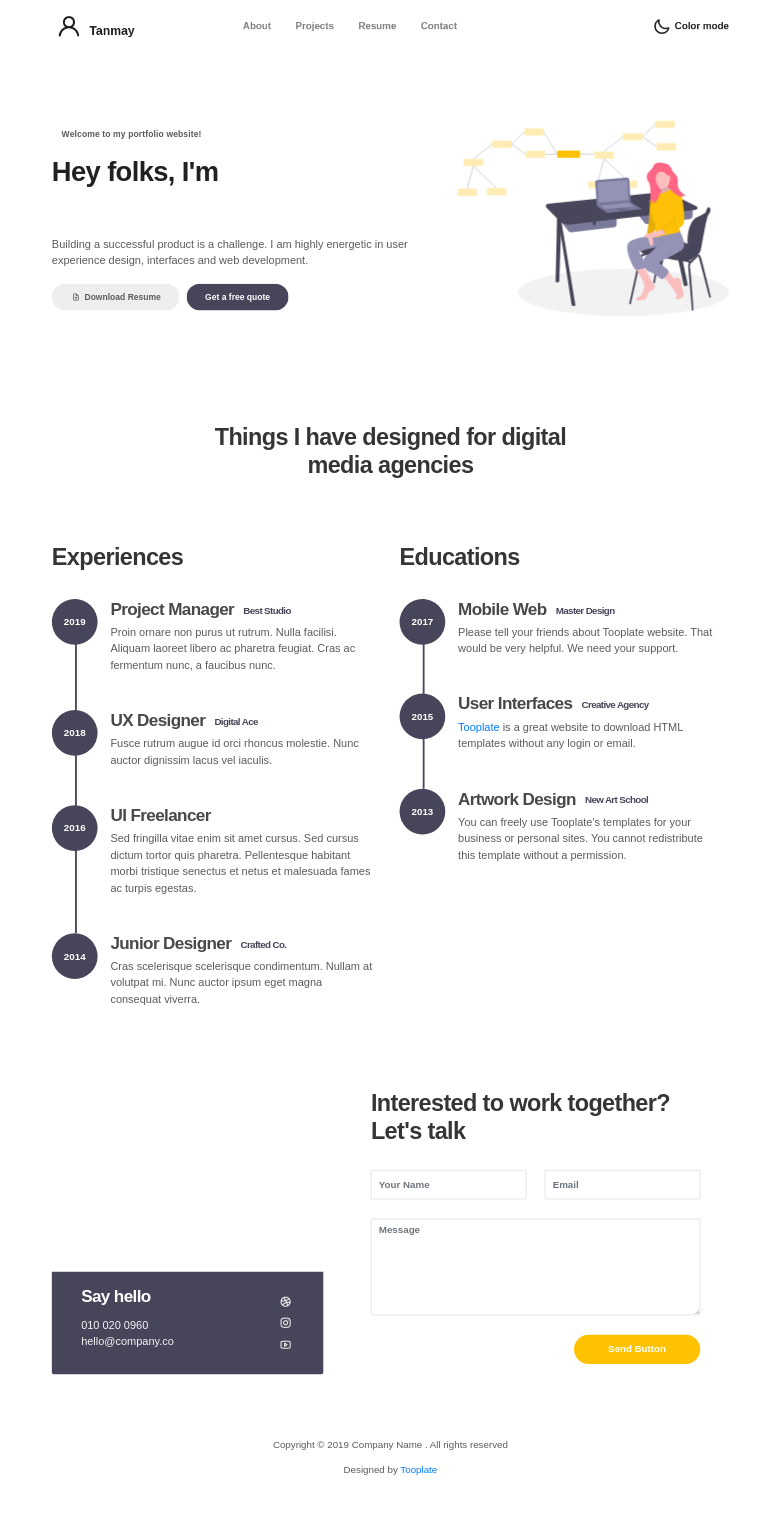
Repository: Tanmay-Kayande/Myportfolio
Page: http://localhost/myproject/
These files come from the project's save history. The page is drawn as it stood at one moment and after the next save; the edit follows.
The browser window is 1280 px wide. The pictures show the whole page, at 61% of full size.
Pictures or frames that could not be fetched are drawn as grey boxes. Some web fonts or font styles are not loaded; a fallback is used. The page is served by Tomcat 9. Other server files are loaded and not shown.

Above is the page before, as saved 2024-01-24 10:12:29.

### myproject/src/main/webapp/index.jsp
<!doctype html>
<%@page import="com.pojo.Projectpojo"%>
<%@page import="java.util.ArrayList"%>
<%@page import="com.dao.ProjectDao"%>
<html lang="en">
<head>
<meta charset="utf-8">
<meta name="viewport"
	content="width=device-width, initial-scale=1, shrink-to-fit=no">
<meta name="description" content="">
<meta name="author" content="">

<title>Tanmay's Portfolio</title>

<link rel="stylesheet" href="css/bootstrap.min.css">
<link rel="stylesheet" href="css/unicons.css">
<link rel="stylesheet" href="css/owl.carousel.min.css">
<link rel="stylesheet" href="css/owl.theme.default.min.css">

<!-- MAIN STYLE -->
<link rel="stylesheet" href="css/tooplate-style.css">


</head>

<%@include file="message.jsp"%>

<body>

	<!-- MENU -->
	<nav class="navbar navbar-expand-sm navbar-light">
		<div class="container">
			<a class="navbar-brand" href="index.html"><i class='uil uil-user'></i>
				Tanmay</a>

			<button class="navbar-toggler" type="button" data-toggle="collapse"
				data-target="#navbarNav" aria-controls="navbarNav"
				aria-expanded="false" aria-label="Toggle navigation">
				<span class="navbar-toggler-icon"></span> <span
					class="navbar-toggler-icon"></span> <span
					class="navbar-toggler-icon"></span>
			</button>

			<div class="collapse navbar-collapse" id="navbarNav">
				<ul class="navbar-nav mx-auto">
					<li class="nav-item"><a href="#about" class="nav-link"><span
							data-hover="About">About</span></a></li>
					<li class="nav-item"><a href="#project" class="nav-link"><span
							data-hover="Projects">Projects</span></a></li>
					<li class="nav-item"><a href="#resume" class="nav-link"><span
							data-hover="Resume">Resume</span></a></li>
					<li class="nav-item"><a href="#contact" class="nav-link"><span
							data-hover="Contact">Contact</span></a></li>
				</ul>

				<ul class="navbar-nav ml-lg-auto">
					<div class="ml-lg-4">
						<div
							class="color-mode d-lg-flex justify-content-center align-items-center">
							<i class="color-mode-icon"></i> Color mode
						</div>
					</div>
				</ul>
			</div>
		</div>
	</nav>

	<!-- ABOUT -->
	<section
		class="about full-screen d-lg-flex justify-content-center align-items-center"
		id="about">
		<div class="container">
			<div class="row">

				<div class="col-lg-7 col-md-12 col-12 d-flex align-items-center">
					<div class="about-text">
						<small class="small-text">Welcome to <span
							class="mobile-block">my portfolio website!</span></small>
						<h1 class="animated animated-text">
							<span class="mr-2">Hey folks, I'm</span>
							<div class="animated-info">
								<span class="animated-item">Tanmay Kayande</span> <span
									class="animated-item">Java Developer</span> <span
									class="animated-item">Fresher</span>
							</div>
						</h1>

						<p>Building a successful product is a challenge. I am highly
							energetic in user experience design, interfaces and web
							development.</p>

						<div class="custom-btn-group mt-4">
							<a href="#" class="btn mr-lg-2 custom-btn"><i
								class='uil uil-file-alt'></i> Download Resume</a> <a href="#contact"
								class="btn custom-btn custom-btn-bg custom-btn-link">Get a
								free quote</a>
						</div>
					</div>
				</div>

				<div class="col-lg-5 col-md-12 col-12">
					<div class="about-image svg">
						<img src="images/undraw/undraw_software_engineer_lvl5.svg"
							class="img-fluid" alt="svg image">
					</div>
				</div>

			</div>
		</div>
	</section>

	<!-- PROJECTS -->
	<section class="project py-5" id="project">
		<div class="container">

			<div class="row">
				<div class="col-lg-11 text-center mx-auto col-12">

					<div class="col-lg-8 mx-auto">
						<h2>Things I have designed for digital media agencies</h2>
					</div>

					<div class="owl-carousel owl-theme">
						<!-- loop -->

						<%
						ArrayList<Object> al = new ProjectDao().read();

						for (int i = al.size() - 1; i >= 0; i--) {
							Projectpojo p = (Projectpojo) al.get(i);
						%>

						<div class="item">
							<div class="project-info">
								<img src="images/myprojects/<%=p.getFilename()%>"
									class="img-fluid" alt="project image"
									style="max-width: 900px; max-height: 500px; margin: auto; display: block;">
							</div>
						</div>

						<%
						}
						%>

						<!--  <div class="item">
                          <div class="project-info">
                            <img src="images/myprojects/2024-01-24T121206.905543200FIMO_1680350505253.jpg" class="img-fluid" alt="project image">
                          </div>
                        </div>

                        <div class="item">
                          <div class="project-info">
                            <img src="images/project/project-image03.png" class="img-fluid" alt="project image">
                          </div>
                        </div>

                        <div class="item">
                          <div class="project-info">
                            <img src="images/project/project-image04.png" class="img-fluid" alt="project image">
                          </div>
                        </div>

                        <div class="item">
                          <div class="project-info">
                            <img src="images/project/project-image05.png" class="img-fluid" alt="project image">
                          </div>
                        </div>
                      </div> -->

					</div>
				</div>
			</div>
	</section>

	<!-- FEATURES -->
	<section
		class="resume py-5 d-lg-flex justify-content-center align-items-center"
		id="resume">
		<div class="container">
			<div class="row">

				<div class="col-lg-6 col-12">
					<h2 class="mb-4">Experiences</h2>

					<div class="timeline">
						<div class="timeline-wrapper">
							<div class="timeline-yr">
								<span>2019</span>
							</div>
							<div class="timeline-info">
								<h3>
									<span>Project Manager</span><small>Best Studio</small>
								</h3>
								<p>Proin ornare non purus ut rutrum. Nulla facilisi. Aliquam
									laoreet libero ac pharetra feugiat. Cras ac fermentum nunc, a
									faucibus nunc.</p>
							</div>
						</div>

						<div class="timeline-wrapper">
							<div class="timeline-yr">
								<span>2018</span>
							</div>
							<div class="timeline-info">
								<h3>
									<span>UX Designer</span><small>Digital Ace</small>
								</h3>
								<p>Fusce rutrum augue id orci rhoncus molestie. Nunc auctor
									dignissim lacus vel iaculis.</p>
							</div>
						</div>

						<div class="timeline-wrapper">
							<div class="timeline-yr">
								<span>2016</span>
							</div>
							<div class="timeline-info">
								<h3>
									<span>UI Freelancer
								</h3>
								<p>Sed fringilla vitae enim sit amet cursus. Sed cursus
									dictum tortor quis pharetra. Pellentesque habitant morbi
									tristique senectus et netus et malesuada fames ac turpis
									egestas.</p>
							</div>
						</div>

						<div class="timeline-wrapper">
							<div class="timeline-yr">
								<span>2014</span>
							</div>
							<div class="timeline-info">
								<h3>
									<span>Junior Designer<small>Crafted Co.</small>
								</h3>
								<p>Cras scelerisque scelerisque condimentum. Nullam at
									volutpat mi. Nunc auctor ipsum eget magna consequat viverra.</p>
							</div>
						</div>

					</div>
				</div>

				<div class="col-lg-6 col-12">
					<h2 class="mb-4 mobile-mt-2">Educations</h2>

					<div class="timeline">
						<div class="timeline-wrapper">
							<div class="timeline-yr">
								<span>2017</span>
							</div>
							<div class="timeline-info">
								<h3>
									<span>Mobile Web</span><small>Master Design</small>
								</h3>
								<p>Please tell your friends about Tooplate website. That
									would be very helpful. We need your support.</p>
							</div>
						</div>

						<div class="timeline-wrapper">
							<div class="timeline-yr">
								<span>2015</span>
							</div>
							<div class="timeline-info">
								<h3>
									<span>User Interfaces</span><small>Creative Agency</small>
								</h3>
								<p>
									<a rel="nofollow" href="https://www.facebook.com/tooplate">Tooplate</a>
									is a great website to download HTML templates without any login
									or email.
								</p>
							</div>
						</div>

						<div class="timeline-wrapper">
							<div class="timeline-yr">
								<span>2013</span>
							</div>
							<div class="timeline-info">
								<h3>
									<span>Artwork Design</span><small>New Art School</small>
								</h3>
								<p>You can freely use Tooplate's templates for your business
									or personal sites. You cannot redistribute this template
									without a permission.</p>
							</div>
						</div>

					</div>
				</div>

			</div>
		</div>
	</section>

	<!-- CONTACT -->
	<section class="contact py-5" id="contact">
		<div class="container">
			<div class="row">

				<div class="col-lg-5 mr-lg-5 col-12">
					<div class="google-map w-100">
						<iframe
							src="https://www.google.com/maps/embed?pb=!1m18!1m12!1m3!1d12088.558402180099!2d-73.99373482142036!3d40.75895421922642!2m3!1f0!2f0!3f0!3m2!1i1024!2i768!4f13.1!3m3!1m2!1s0x89c25855b8fb3083%3A0xa0f9aef176042a5c!2sTheater+District%2C+New+York%2C+NY%2C+USA!5e0!3m2!1sen!2smm!4v1549875377188"
							width="400" height="300" frameborder="0" style="border: 0"
							allowfullscreen></iframe>
					</div>

					<div
						class="contact-info d-flex justify-content-between align-items-center py-4 px-lg-5">
						<div class="contact-info-item">
							<h3 class="mb-3 text-white">Say hello</h3>
							<p class="footer-text mb-0">010 020 0960</p>
							<p>
								<a href="mailto:hello@company.co">hello@company.co</a>
							</p>
						</div>

						<ul class="social-links">
							<li><a href="#" class="uil uil-dribbble"
								data-toggle="tooltip" data-placement="left" title="Dribbble"></a></li>
							<li><a href="#" class="uil uil-instagram"
								data-toggle="tooltip" data-placement="left" title="Instagram"></a></li>
							<li><a href="#" class="uil uil-youtube"
								data-toggle="tooltip" data-placement="left" title="Youtube"></a></li>
						</ul>
					</div>
				</div>

				<div class="col-lg-6 col-12">
					<div class="contact-form">
						<h2 class="mb-4">Interested to work together? Let's talk</h2>

						<form action="Message" method="post">
							<div class="row">
								<div class="col-lg-6 col-12">
									<input type="text" class="form-control" name="name"
										placeholder="Your Name" id="name">
								</div>

								<div class="col-lg-6 col-12">
									<input type="email" class="form-control" name="email"
										placeholder="Email" id="email">
								</div>

								<div class="col-12">
									<textarea name="message" rows="6" class="form-control"
										id="message" placeholder="Message"></textarea>
								</div>

								<div class="ml-lg-auto col-lg-5 col-12">
									<input type="submit" class="form-control submit-btn"
										value="Send Button">
								</div>
							</div>
						</form>
					</div>
				</div>

			</div>
		</div>
	</section>

	<!-- FOOTER -->
	<footer class="footer py-5">
		<div class="container">
			<div class="row">

				<div class="col-lg-12 col-12">
					<p class="copyright-text text-center">Copyright &copy; 2019
						Company Name . All rights reserved</p>
					<p class="copyright-text text-center">
						Designed by <a rel="nofollow"
							href="https://www.facebook.com/tooplate">Tooplate</a>
					</p>
				</div>

			</div>
		</div>
	</footer>

	<script src="js/jquery-3.3.1.min.js"></script>
	<script src="js/popper.min.js"></script>
	<script src="js/bootstrap.min.js"></script>
	<script src="js/Headroom.js"></script>
	<script src="js/jQuery.headroom.js"></script>
	<script src="js/owl.carousel.min.js"></script>
	<script src="js/smoothscroll.js"></script>
	<script src="js/custom.js"></script>

</body>
</html>

### myproject/src/main/webapp/message.jsp

<%
	String message =(String) session.getAttribute("msg");
	if(message!= null){

		if(message.equals("Message sent successfully")){
%>
		<h1 style="text-align: center; color: blue"><%=message %></h1>
<%
		}
		else{
%>
		<h1 style="text-align: center; color: red"><%=message %></h1>
<%
		}
	}
	session.removeAttribute("msg");
%>

### myproject/src/main/java/com/dao/InsertDao.java
package com.dao;

import java.util.ArrayList;

public interface InsertDao {

	public String Insert(ArrayList<Object> al);
}

### myproject/src/main/java/com/dao/ReadDao.java
package com.dao;

import java.util.ArrayList;

public interface ReadDao {

	public ArrayList<Object> read();
}

### myproject/src/main/java/com/dao/DeleteDao.java
package com.dao;

public interface DeleteDao {

	public String delete(int sn);
}

### myproject/src/main/java/com/dao/UpdateDao.java
package com.dao;

import java.util.ArrayList;

public interface UpdateDao {

	public String update(ArrayList<Object> al);
}

### myproject/src/main/java/com/dao/ProjectDao.java
package com.dao;

import java.sql.Connection;
import java.sql.PreparedStatement;
import java.sql.ResultSet;
import java.time.LocalDateTime;
import java.util.ArrayList;

import javax.servlet.http.Part;

import com.fileIO.ProjectIO;
import com.pojo.Projectpojo;

public class ProjectDao implements InsertDao, ReadDao, DeleteDao, UpdateDao  {

	private Connection connection;
	private String sql;
	private PreparedStatement prepareStatement;
	private int row;
	private String result;
	private ResultSet rs;

	@SuppressWarnings("finally")
	@Override
	public String Insert(ArrayList<Object> al) {

		try {

			String filename = (String) al.get(0);
			String formatname = format(filename);

			connection = ConnectionFactory.getConnection();
			connection.setAutoCommit(false);
			sql = "insert into project(filename) value (?)";
			prepareStatement = connection.prepareStatement(sql);
			prepareStatement.setString(1, formatname);
			row = prepareStatement.executeUpdate();
			if(row == 1) {
				boolean write = new ProjectIO().write(formatname,(Part) al.get(1));
				if(write==true) {

					connection.commit();
					result = "inserted";
				}
				else {
					connection.rollback();
					result = "failed";
				}
			}

		} catch (Exception e) {
			result = "failed";
			e.printStackTrace();
		} finally {

			return result;
		}
	}

	private String format(String filename) {

		String formatfilename = LocalDateTime.now().toString() + filename;
		String[] split = formatfilename.split(":");
		return split[0] + split[1] + split[2];

	}

	@SuppressWarnings("finally")
	@Override
	public ArrayList<Object> read() {

		ArrayList<Object> al = new ArrayList<>();
		try {

			connection = ConnectionFactory.getConnection();
			sql = "select * from project";
			prepareStatement = connection.prepareStatement(sql);
			rs = prepareStatement.executeQuery();
			while(rs.next()) {

				Projectpojo p = new Projectpojo(rs.getInt("sn"),rs.getString("filename"));
				al.add(p);
			}

		} catch (Exception e) {

			e.printStackTrace();
		}
		finally {

			return al;
		}

	}

	@SuppressWarnings("finally")
	public int count() {

		int no_of_projects = 0;
		try {
			connection = ConnectionFactory.getConnection();
			sql = "select count(*) as count from project";
			prepareStatement = connection.prepareStatement(sql);
			rs = prepareStatement.executeQuery();
			rs.next();
			no_of_projects = rs.getInt("count");

		} catch (Exception e) {
			e.printStackTrace();
		}
		finally {

			return no_of_projects;
		}

}

	@SuppressWarnings("finally")
	@Override
	public String delete(int sn) {

		try {

			connection = ConnectionFactory.getConnection();
			sql = "delete from project where sn = ?";
			prepareStatement = connection.prepareStatement(sql);
			prepareStatement.setInt(1, sn);
			row = prepareStatement.executeUpdate();
			if(row==1) {
				result = "deleted";
			}

		} catch (Exception e) {
			result = "failed";
			e.printStackTrace();
		}
		finally {

			return result;
		}
	}

	@SuppressWarnings("finally")
	@Override
	public String update(ArrayList<Object> al) {

		String filename = (String) al.get(3);
		String formatname = format(filename);
		try {
			connection = ConnectionFactory.getConnection();
			connection.setAutoCommit(false);
			sql = "update project set filename =? where sn =?";
			prepareStatement = connection.prepareStatement(sql);
			prepareStatement.setString(1, formatname);
			prepareStatement.setInt(2, (int) al.get(2));
			row = prepareStatement.executeUpdate();

			if(row == 1) {
				boolean update = new ProjectIO().update(formatname,(Part) al.get(1));
				if(update==true) {

					connection.commit();
					result = "updated";
				}
				else {
					connection.rollback();
					result = "failed";
				}
			}

		} catch (Exception e) {
			e.printStackTrace();
		}
		finally {

			return result;
		}
	}
}

### myproject/src/main/java/com/dao/ConnectionFactory.java
package com.dao;

import java.sql.Connection;

import com.mysql.cj.jdbc.MysqlDataSource;

public class ConnectionFactory {

	private static Connection connection;
	@SuppressWarnings("finally")
	public static Connection getConnection() {
		try {

			MysqlDataSource mysql = new MysqlDataSource();
			mysql.setUrl("jdbc:mysql://localhost:3306/myportfolio");
			mysql.setUser("root");
			mysql.setPassword("pass");

			connection = mysql.getConnection();


		} catch (Exception e) {

			e.printStackTrace();
		}
		finally {
			return connection;
		}

	}


}

Loaded but not shown: myproject/src/main/webapp/css/bootstrap.min.css (library); myproject/src/main/webapp/css/owl.carousel.min.css (library); myproject/src/main/webapp/css/owl.theme.default.min.css (common file); myproject/src/main/webapp/js/jquery-3.3.1.min.js (library); myproject/src/main/webapp/js/popper.min.js (library); myproject/src/main/webapp/js/bootstrap.min.js (library); myproject/src/main/webapp/js/Headroom.js (library); myproject/src/main/webapp/js/jQuery.headroom.js (common file); myproject/src/main/webapp/js/owl.carousel.min.js (library); myproject/src/main/webapp/images/undraw/undraw_software_engineer_lvl5.svg (1 lines, source omitted); myproject/src/main/webapp/js/smoothscroll.js (33 lines, source omitted); myproject/src/main/webapp/js/custom.js (36 lines, source omitted); myproject/src/main/webapp/css/unicons.css (1058 lines, source omitted); myproject/src/main/webapp/css/tooplate-style.css (570 lines, source omitted)

After the next save:
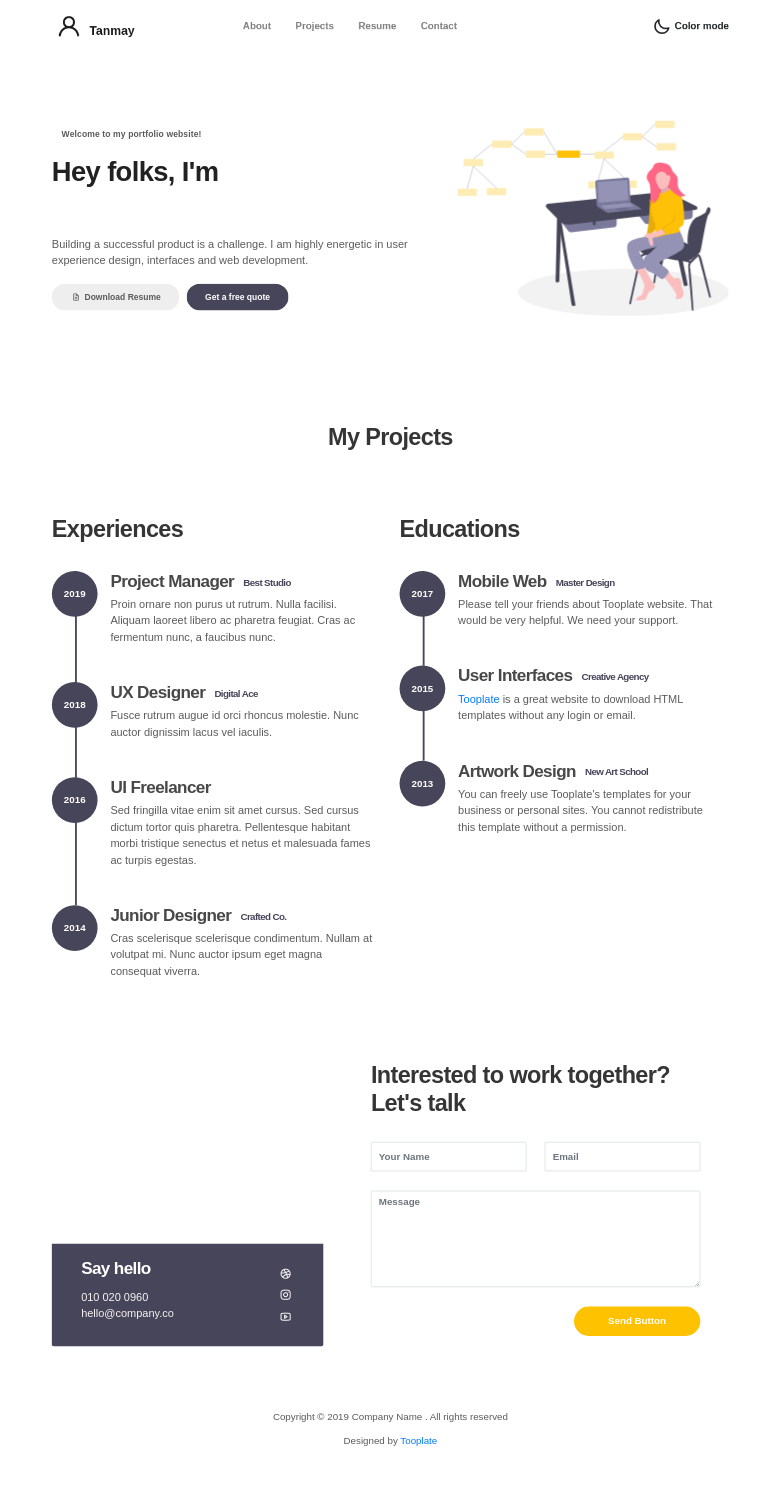
Saved 43 s later.
--- a/myproject/src/main/webapp/index.jsp
+++ b/myproject/src/main/webapp/index.jsp
@@ -117,7 +117,7 @@
 				<div class="col-lg-11 text-center mx-auto col-12">
 
 					<div class="col-lg-8 mx-auto">
-						<h2>Things I have designed for digital media agencies</h2>
+						<h2>My Projects</h2>
 					</div>
 
 					<div class="owl-carousel owl-theme">
